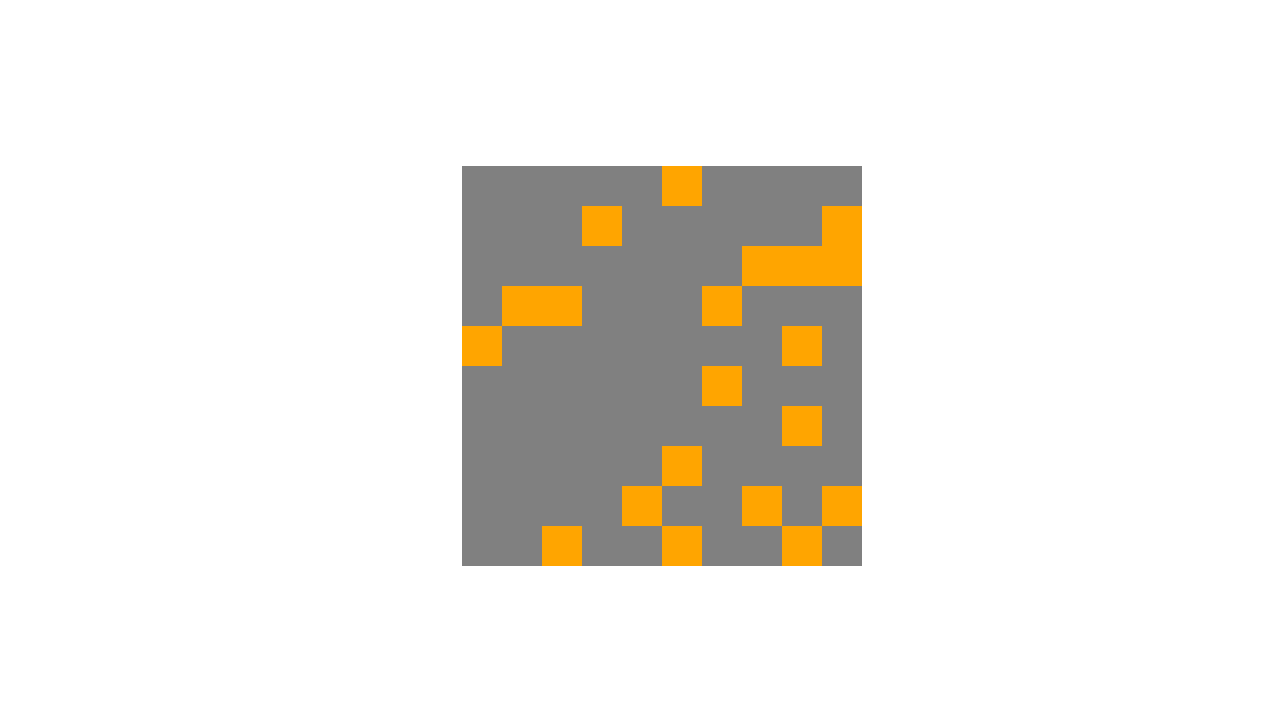
Repository: issaRan/MineSweeper
Page: html/index.html
An editor plug-in stored every save of this project. The page is shown before and after the next save, followed by the edit.
The browser window is 1280 px wide. The pictures show the whole page.

Above is the page before, as saved 2020-10-23 15:47:12.

### html/index.html
<!DOCTYPE html>
<html lang="en">
<head>
    <meta charset="UTF-8">
    <meta name="viewport" content="width=device-width, initial-scale=1.0">
    <title>MineSweeper</title>
    <link rel="stylesheet" href="../css/styles.css">
    <script src="../js/index.js" charset="utf-8"></script>
</head>
<body>
  <div class="grid"></div>
</body>
</html>

### css/styles.css
.grid {
    height: 400=px;
    width: 400px;
    display: flex;
    flex-wrap: wrap;
    background-color: grey;
    position: absolute;
    top: 30%;
    left: 40%;
    margin-top: -50px;
    margin-left: -50px;
}
.grid div {
    height: 40px;
    width: 40px;
}

.bomb {
    background-color: orange;
}
.checked{
    background-color: red;
}

### js/index.js
document.addEventListener('DOMContentLoaded',()=>{
    const grid = document.querySelector('.grid')
    let width = 10
    let flag = 0
    let squares = []
    let isGameOver = false
    let bombAamount = 20
    function createBoard(){
        const bombArray = Array(bombAamount).fill('bomb')
        const emptyArray = Array(width*width - bombAamount).fill('valid')
        const gameArray = emptyArray.concat(bombArray)
        const shuffledArray = gameArray.sort(()=> Math.random() -0.5)
        for(let i = 0; i < width*width;i++){
            const sqaure = document.createElement('div')
            sqaure.setAttribute('id',i)
            sqaure.classList.add(shuffledArray[i])
            grid.appendChild(sqaure)
            squares.push(sqaure)
            sqaure.addEventListener('click',(e)=>{
                click(sqaure)
            })
            sqaure.oncontextmenu = function(e){
                e.preventDefault()
                addFlag(sqaure)
            }
        }
        for (let i = 0; i < squares.length; i++) {
            let total = 0
            const isLeftEdge = (i % width === 0)
            const isRightEdge = (i % width === width -1)

            if (squares[i].classList.contains('valid')) {
              if (i > 0 && !isLeftEdge && squares[i -1].classList.contains('bomb')) total ++
              if (i > 9 && !isRightEdge && squares[i + 1 -width].classList.contains('bomb')) total ++
              if (i > 10 && squares[i -width].classList.contains('bomb')) total ++
              if (i > 11 && !isLeftEdge && squares[i -1 -width].classList.contains('bomb')) total ++
              if (i < 98 && !isRightEdge && squares[i +1].classList.contains('bomb')) total ++
              if (i < 90 && !isLeftEdge && squares[i -1 +width].classList.contains('bomb')) total ++
              if (i < 88 && !isRightEdge && squares[i +1 +width].classList.contains('bomb')) total ++
              if (i < 89 && squares[i +width].classList.contains('bomb')) total ++
              squares[i].setAttribute('data', total)
            }
        }
    }
    createBoard()
    function click(square){
        let currentId = square.id
        if(isGameOver) return
        if(square.classList.contains('checked') || square.classList.contains('flag')){
            return
        }
        if(square.classList.contains('bomb')){
            gameOver(square)
        }else{
            let total = square.getAttribute('data')
            if(total != 0){
                square.classList.add('checked')
                square.innerHTML = total
                return
            }
            checkSquare(square,currentId)
        }
        square.classList.add('checked')

    }
    function checkSquare(square,currentId){
        const isLeftEdge = (currentId % width === 0)
        const isRightEdge = (currentId % width === width -1)
        setTimeout(()=>{
            if (currentId > 0 && !isLeftEdge) {
                const newId = squares[parseInt(currentId) -1].id
                //const newId = parseInt(currentId) - 1   ....refactor
                const newSquare = document.getElementById(newId)
                click(newSquare)
              }
              if (currentId > 9 && !isRightEdge) {
                const newId = squares[parseInt(currentId) +1 -width].id
                //const newId = parseInt(currentId) +1 -width   ....refactor
                const newSquare = document.getElementById(newId)
                click(newSquare)
              }
              if (currentId > 10) {
                const newId = squares[parseInt(currentId -width)].id
                const newSquare = document.getElementById(newId)
                click(newSquare)
              }
              if (currentId > 11 && !isLeftEdge) {
                const newId = squares[parseInt(currentId) -1 -width].id

                const newSquare = document.getElementById(newId)
                click(newSquare)
              }
              if (currentId < 98 && !isRightEdge) {
                const newId = squares[parseInt(currentId) +1].id
                const newSquare = document.getElementById(newId)
                click(newSquare)
              }
              if (currentId < 90 && !isLeftEdge) {
                const newId = squares[parseInt(currentId) -1 +width].id
                const newSquare = document.getElementById(newId)
                click(newSquare)
              }
              if (currentId < 88 && !isRightEdge) {
                const newId = squares[parseInt(currentId) +1 +width].id
                const newSquare = document.getElementById(newId)
                click(newSquare)
              }
              if (currentId < 89) {
                const newId = squares[parseInt(currentId) +width].id
                const newSquare = document.getElementById(newId)
                click(newSquare)
              }
        },10)
    }
    function gameOver(square){
        console.log("Boom !")
        isGameOver = true
        squares.forEach(square=> {
            if(square.classList.contains('bomb')){
                square.innerHTML = '💣'
            }
        })
    }
    function addFlag(square){
        if(isGameOver) return
        if(!square.classList.contains('checked') && (flag < bombAamount)) {
            if(!square.classList.contains('flag')){
                square.classList.add('flag')
                square.innerHTML = ' 🚩'
                checkForWin()
                flag++;
            }else{
                square.classList.remove('flag')
                square.innerHTML = ''
                flag--;
            }
        }
    }
    function checkForWin(){
        let matches = 0
        for(let i = 0; i < squares.length;i++){
            if(squares[i].classList.contains('flag') && squares[i].classList.contains('bomb')){
                matches++
            }
            if(matches == bombAamount){
                isGameOver = true
                console.log('You Win !')
            }
        }
    }
})

After the next save:
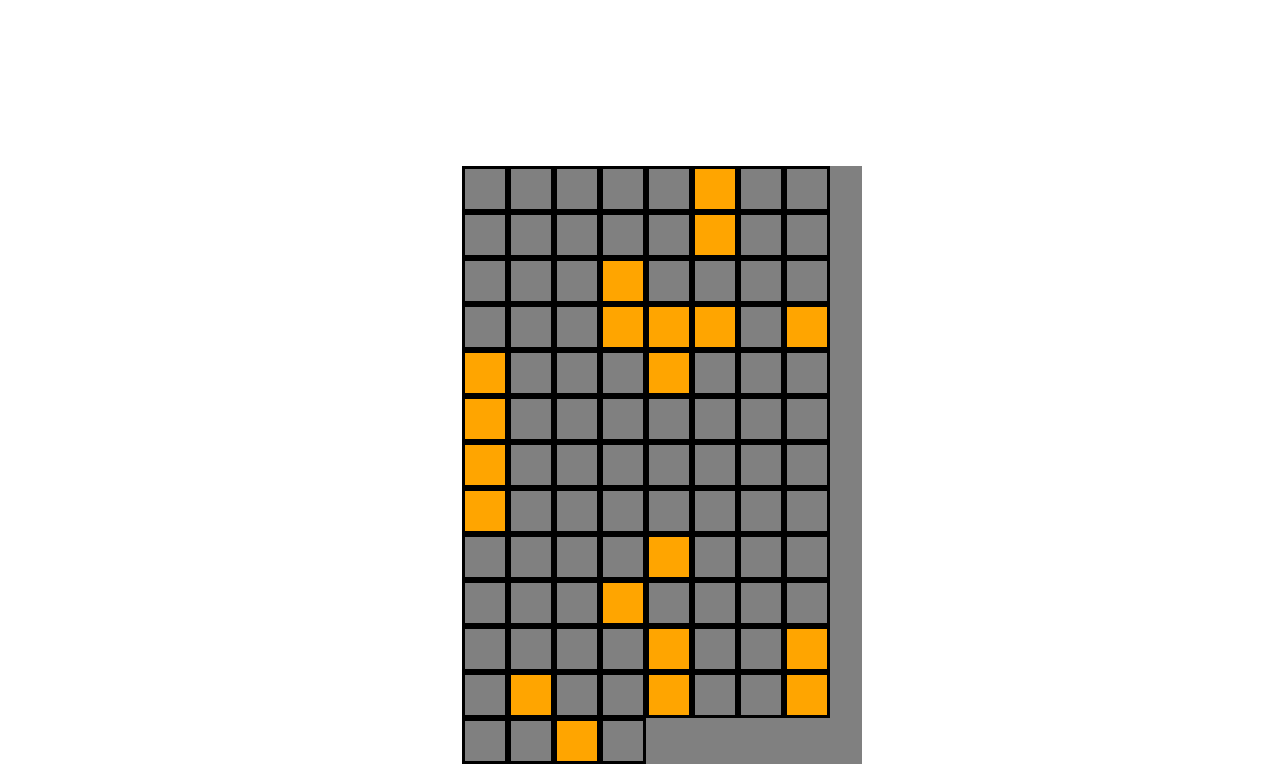
Saved 7 s later.
--- a/css/styles.css
+++ b/css/styles.css
@@ -12,7 +12,8 @@
 }
 .grid div {
     height: 40px;
-    width: 40px;
+    width: 40px ;
+    border:solid black
 }
 
 .bomb {

After the save that followed:
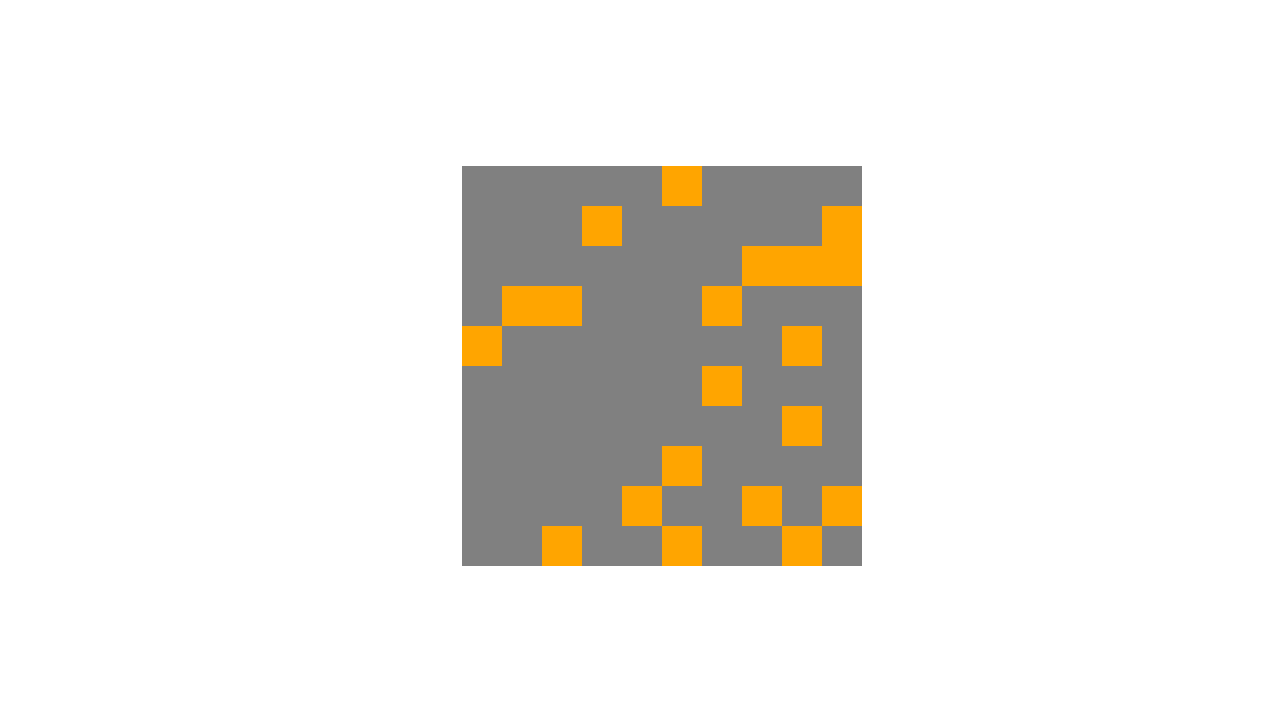
Saved 6 s later.
--- a/css/styles.css
+++ b/css/styles.css
@@ -13,7 +13,7 @@
 .grid div {
     height: 40px;
     width: 40px ;
-    border:solid black
+    border: 0px solid black
 }
 
 .bomb {
